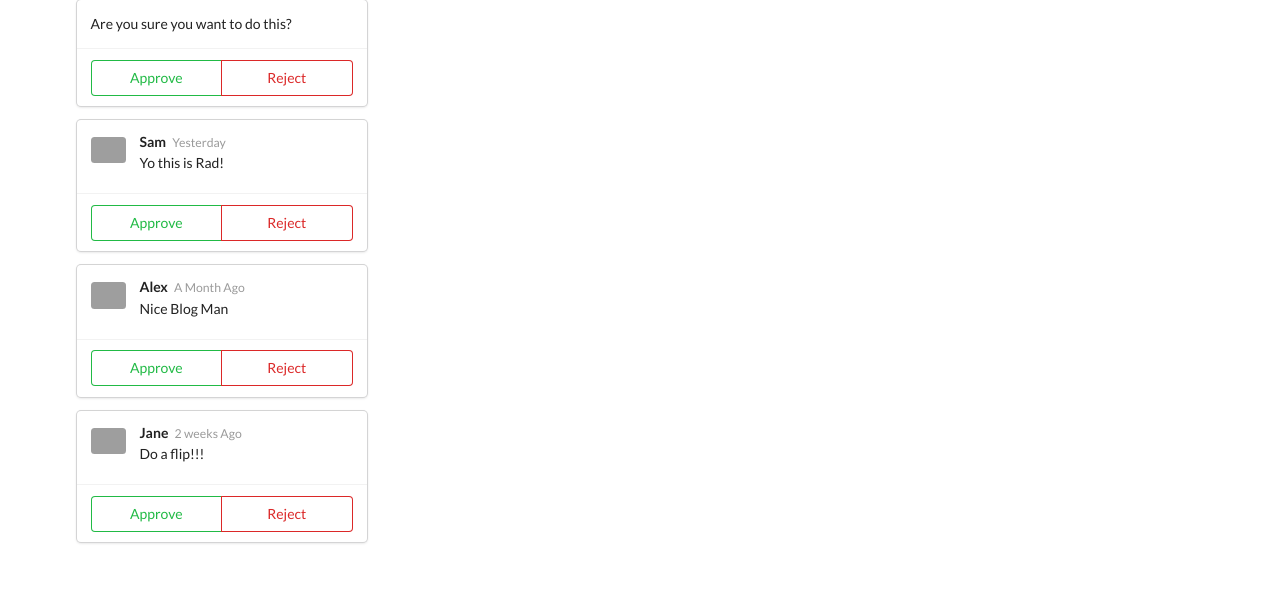
Repository: geedtd/udemyreact
Page: /
An editor plug-in stored every save of this project. The page is shown before and after the next save, followed by the edit.
The browser window is 1280 px wide. The pictures show the whole page.
Pictures or frames that could not be fetched are drawn as grey boxes. The project was rebuilt for these pictures with package versions that can differ from the ones it lists, and the page was loaded fresh each time.

Above is the page before, as saved 2020-03-18 02:33:23.

After the next save:
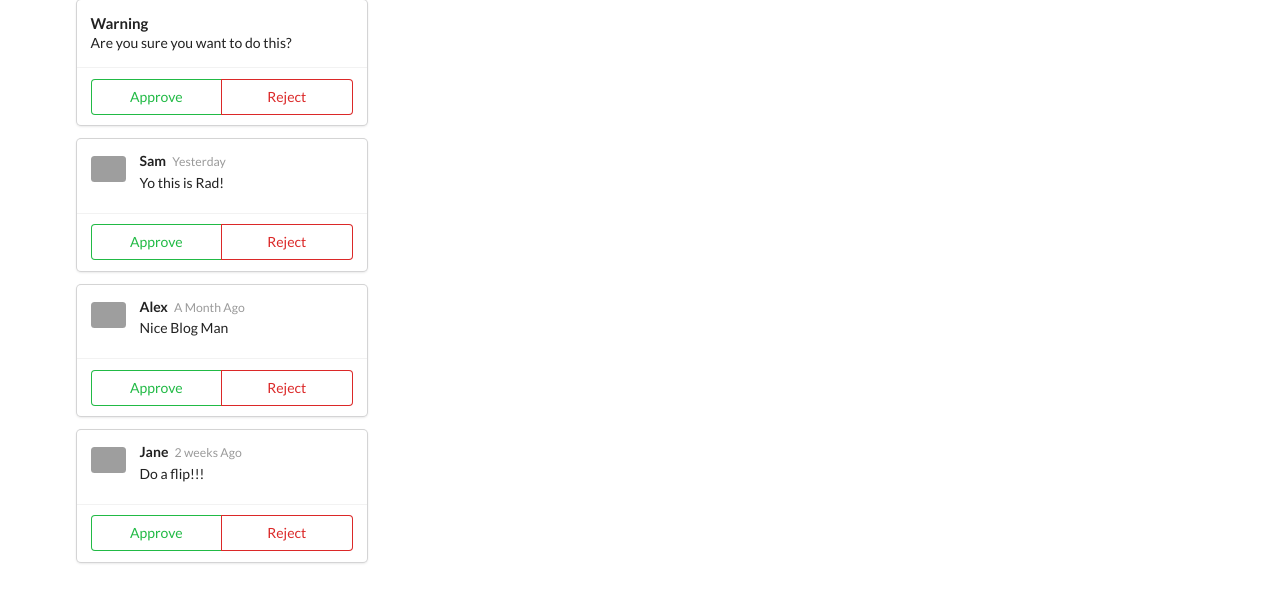
Saved 14 s later.
--- a/src/index.js
+++ b/src/index.js
@@ -9,8 +9,8 @@ const App = () => {
         <div className="ui container comments">
             <ApprovalCard>
                 <div>
+                <h4>Warning</h4>
                 Are you sure you want to do this?
-
                 </div>
             </ApprovalCard>
             <ApprovalCard >
